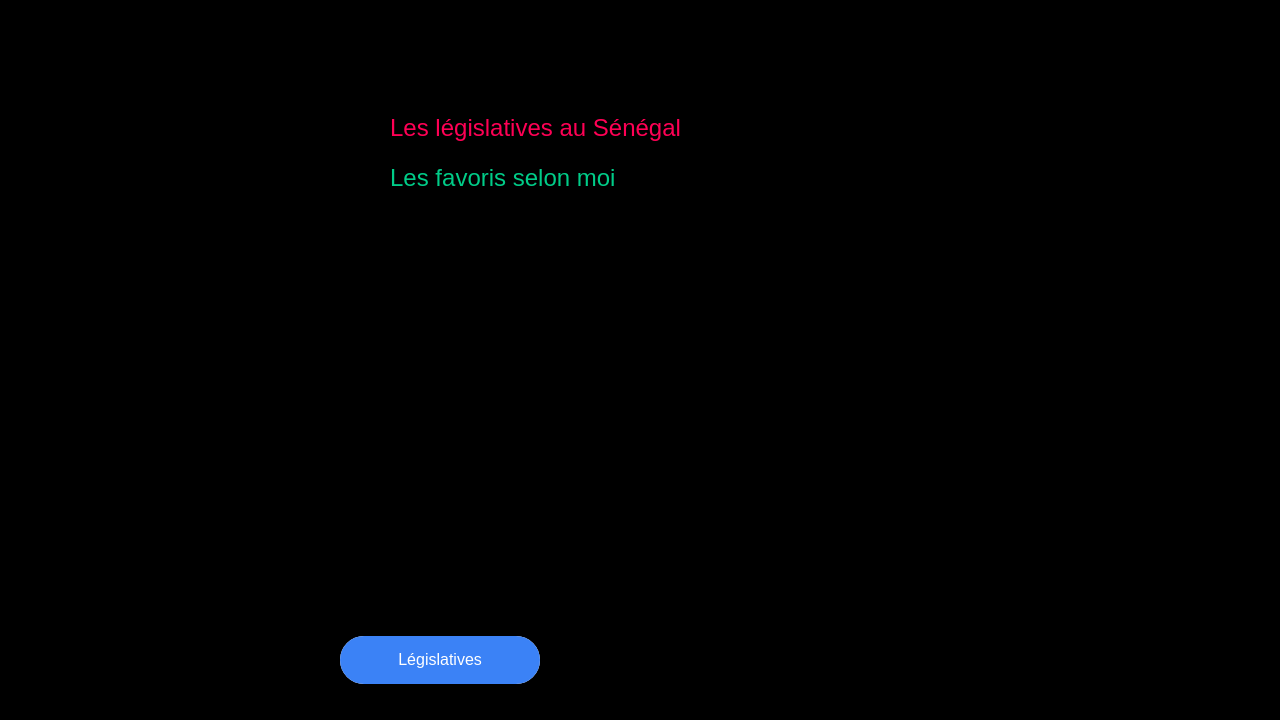
Repository: MDiouf9/legislatives
Page: /
These files come from the project's save history. The page is drawn as it stood at one moment and after the next save; the edit follows.
The browser window is 1280 px wide. The pictures show the whole page.
The project was rebuilt for these pictures with package versions that can differ from the ones it lists, and the page was loaded fresh each time. The framework's server and built-in components were replaced by stand-ins that run in the browser. Also part of the build but not shown: next.config.ts.

Above is the page before, as saved 2024-10-31 23:24:55.

After the next save:
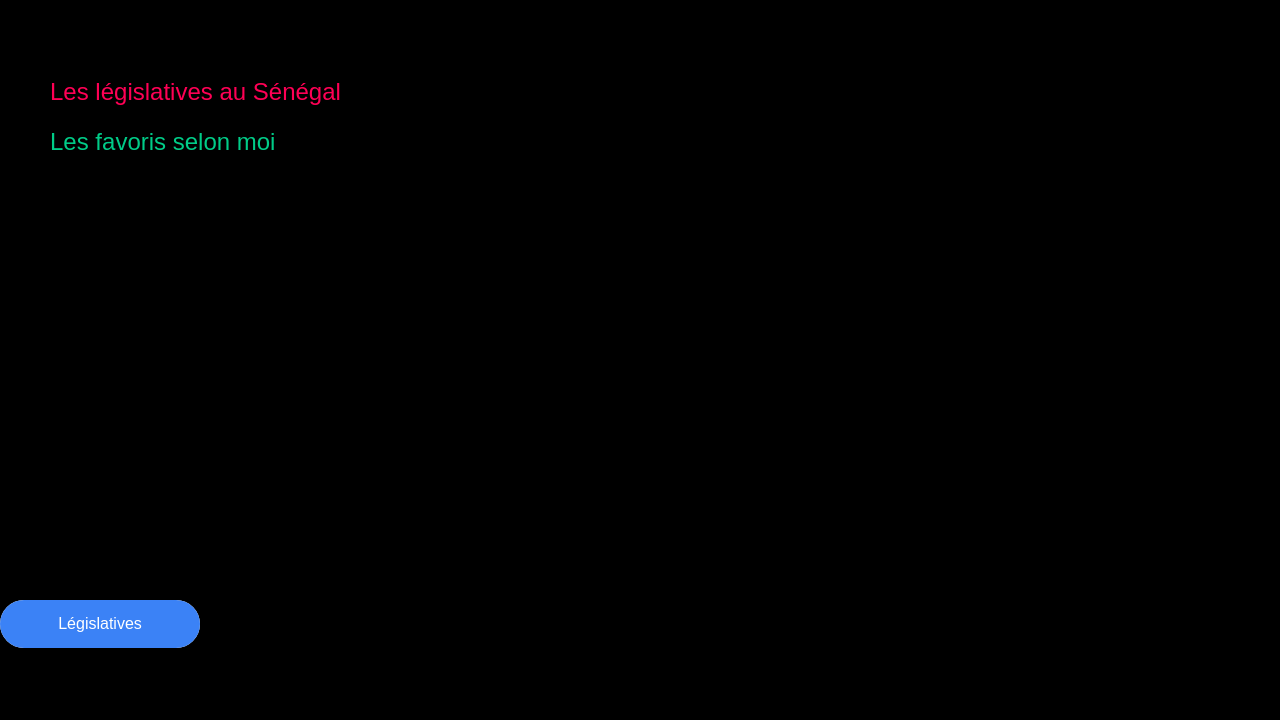
Saved 9 s later.
--- a/src/app/page.tsx
+++ b/src/app/page.tsx
@@ -9,7 +9,7 @@ export default function Page() {
   return (
 
 
-<div className="flex justify-center items-center min-h-screen">
+<div >
   <div >
     <Text />
     <Boutton />
